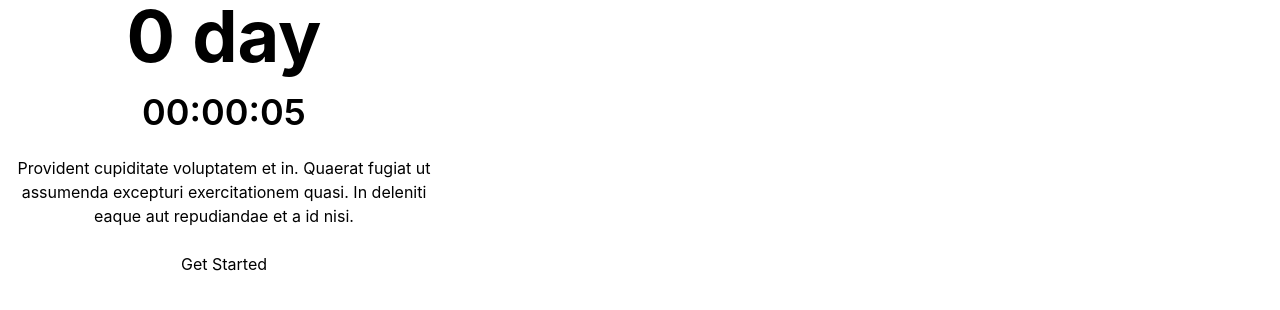
Repository: RahmanRakib9/TwentyOne
Page: /
These files come from the project's save history. The page is drawn as it stood at one moment and after the next save; the edit follows.
The browser window is 1280 px wide. The pictures show the whole page.
The project was rebuilt for these pictures with package versions that can differ from the ones it lists, and the page was loaded fresh each time.

Above is the page before, as saved 2022-10-13 17:56:26.

### src/index.css
/* tailwind css directives */
@tailwind base;
@tailwind components;
@tailwind utilities;

body {
  margin: 0;
  font-family: -apple-system, BlinkMacSystemFont, 'Segoe UI', 'Roboto', 'Oxygen',
    'Ubuntu', 'Cantarell', 'Fira Sans', 'Droid Sans', 'Helvetica Neue',
    sans-serif;
  -webkit-font-smoothing: antialiased;
  -moz-osx-font-smoothing: grayscale;
}

code {
  font-family: source-code-pro, Menlo, Monaco, Consolas, 'Courier New',
    monospace;
}

### src/App.js
import React from 'react';
import Timer from './components/Timer';
import './App.css'

const App = () => {
  return (
    <div className='App'>
      <Timer></Timer>
    </div>
  );
};

export default App;

### src/components/Timer.js
import React from "react";
import useCountdown from "../hooks/useCountdown";

const Timer = () => {
  const [second, minute, hour, day] = useCountdown();
  return (
    <div class="hero min-h-screen bg-base-200">
      <div class="hero-content text-center">
        <div class="max-w-md">
          <h1 class="text-7xl font-bold mb-5">
            {day} {day > 0 || 1 ? "day" : "days"}
          </h1>
          <h3 className="text-4xl font-semibold">
            {hour < 10 ? "0" + hour : hour}:
            {minute < 10 ? "0" + minute : minute}:
            {second < 10 ? "0" + second : second}
          </h3>
          <p class="py-6">
            Provident cupiditate voluptatem et in. Quaerat fugiat ut assumenda
            excepturi exercitationem quasi. In deleniti eaque aut repudiandae et
            a id nisi.
          </p>
          <button class="btn btn-primary">Get Started</button>
        </div>
      </div>
    </div>
  );
};

export default Timer;

### src/hooks/useCountdown.js
/* eslint-disable react-hooks/exhaustive-deps */
import React, { useEffect, useState } from "react";

const useCountdown = () => {
  // state declaration for updating second, minute, and an hour respectively
  const [second, setSecond] = useState(0);
  const [minute, setMinute] = useState(0);
  const [hour, setHour] = useState(0);
  const [day, setDay] = useState(0);

  let timer;
  useEffect(() => {
    timer = setInterval(() => {
      setSecond(second + 1);

      if (second === 59) {
        setMinute(minute + 1);
        setSecond(0);
      }

      if (minute === 59) {
        setHour(hour + 1);
        setMinute(0);
      }

      if (hour === 23 && minute === 59) {
        setDay(day + 1);
        setHour(0);
        setMinute(0);
      }



    }, 1000);

    return () => clearInterval(timer);
  });
  return [second, minute, hour,day];
};

export default useCountdown;

### tailwind.config.js
/** @type {import('tailwindcss').Config} */
module.exports = {
  content: ["./src/**/*.{html,js}"],
  daisyui: {
    themes: [],
  },
  plugins: [require("daisyui")],
};

Loaded but not shown: public/index.html (common file); src/index.js (common file); src/reportWebVitals.js (common file); src/App.css (common file)

After the next save:
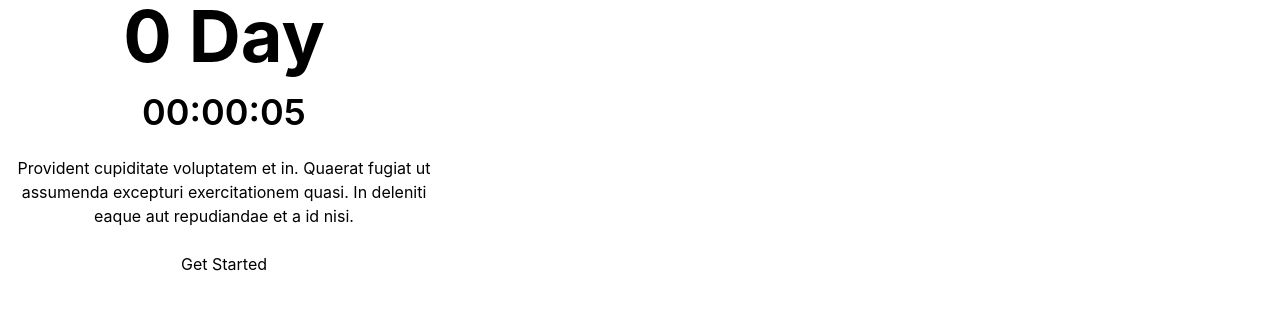
Saved 16 s later.
--- a/src/components/Timer.js
+++ b/src/components/Timer.js
@@ -8,7 +8,7 @@
       <div class="hero-content text-center">
         <div class="max-w-md">
           <h1 class="text-7xl font-bold mb-5">
-            {day} {day > 0 || 1 ? "day" : "days"}
+            {day} {day > 0 || 1 ? "Day" : "days"}
           </h1>
           <h3 className="text-4xl font-semibold">
             {hour < 10 ? "0" + hour : hour}:

After the save that followed:
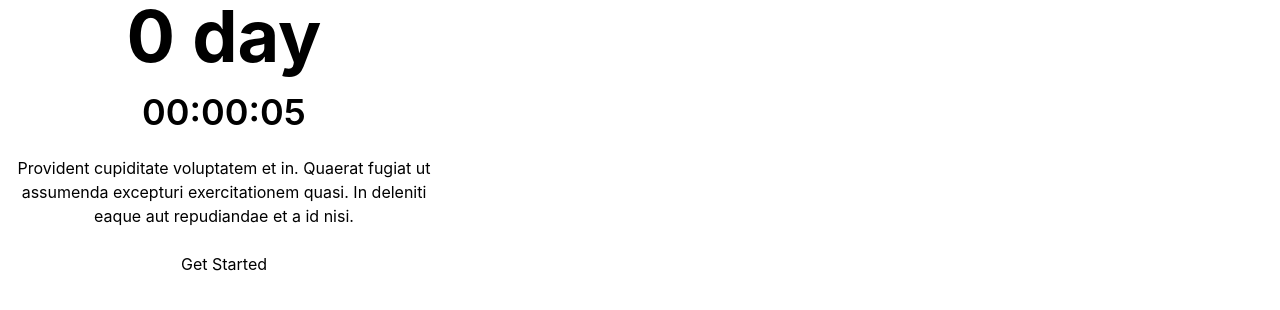
Saved 5 s later.
--- a/src/components/Timer.js
+++ b/src/components/Timer.js
@@ -8,7 +8,7 @@
       <div class="hero-content text-center">
         <div class="max-w-md">
           <h1 class="text-7xl font-bold mb-5">
-            {day} {day > 0 || 1 ? "Day" : "days"}
+            {day} {day > 0 || 1 ? "day" : "days"}
           </h1>
           <h3 className="text-4xl font-semibold">
             {hour < 10 ? "0" + hour : hour}:
